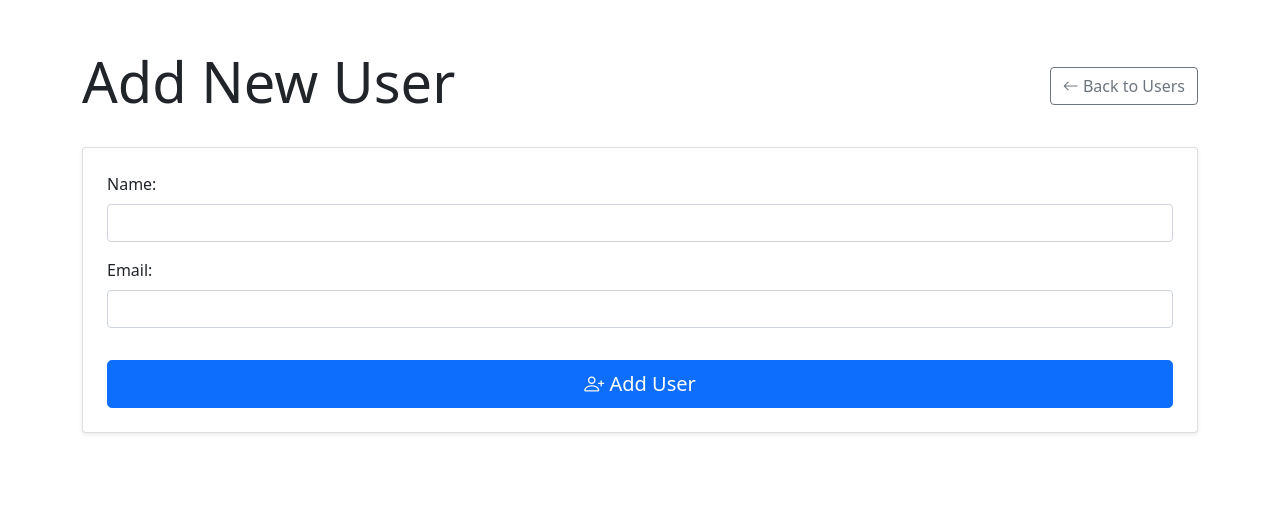
Repository: RishabhSpark/asset-management
Page: http://localhost/users/add
These files come from the project's save history. The page is drawn as it stood at one moment and after the next save; the edit follows.
The browser window is 1280 px wide. The pictures show the whole page.
The page is served by the project's application, run on Flask 3 (app/main.py). The session is filled in as if someone had signed in: {"logged_in": true, "username": "testuser", "credentials": 1}. Other server files are loaded and not shown.

Above is the page before, as saved 2025-06-12 11:52:26.

### app/templates/add_user.html
<!DOCTYPE html>
<html lang="en">
  <head>
    <meta charset="UTF-8" />
    <meta name="viewport" content="width=device-width, initial-scale=1.0" />
    <title>Add User</title>
    <link
      href="https://cdn.jsdelivr.net/npm/bootstrap@5.0.2/dist/css/bootstrap.min.css"
      rel="stylesheet"
      integrity="sha384-EVSTQN3/azprG1Anm3QDgpJLIm9Nao0Yz1ztcQTwFspd3yD65VohhpuuCOmLASjC"
      crossorigin="anonymous"
    />
    <link
      href="https://cdn.jsdelivr.net/npm/bootstrap-icons@1.5.0/font/bootstrap-icons.css"
      rel="stylesheet"
    />
  </head>
  <body>
    <div class="container mt-5">
      <div class="d-flex justify-content-between align-items-center mb-4">
        <h1 class="display-4">Add New User</h1>
        <a href="{{url_for('users')}}" class="btn btn-outline-secondary">
          <i class="bi bi-arrow-left"></i> Back to Users
        </a>
      </div>

      <div class="card shadow-sm p-4">
        <form method="post">
          <div class="mb-3">
            <label for="userName" class="form-label">Name:</label>
            <input
              type="text"
              class="form-control"
              id="userName"
              name="name"
              required
            />
          </div>
          <div class="mb-3">
            <label for="userEmail" class="form-label">Email:</label>
            <input
              type="email"
              class="form-control"
              id="userEmail"
              name="email"
              required
            />
          </div>
          <button type="submit" class="btn btn-primary btn-lg mt-3 w-100">
            <i class="bi bi-person-plus"></i> Add User
          </button>
        </form>
      </div>
    </div>

    <script
      src="https://cdn.jsdelivr.net/npm/bootstrap@5.0.2/dist/js/bootstrap.bundle.min.js"
      integrity="sha384-MrcW6ZMFYlzcLA8Nl+NtUVF0sA7MsXsP1UyJoMp4YLEuNSfAP+JcXn/tWtIaxVXM"
      crossorigin="anonymous"
    ></script>
  </body>
</html>

### db/database.py
from sqlalchemy import create_engine, Column, Integer, String, Float, ForeignKey, Boolean
from sqlalchemy.ext.declarative import declarative_base
from sqlalchemy.orm import relationship, sessionmaker
import os

Base = declarative_base()
DATABASE_URL = "sqlite:///invoices_database.db"

engine = create_engine(DATABASE_URL, echo=True)
SessionLocal = sessionmaker(bind=engine)

class LaptopInvoice(Base):
    __tablename__ = "laptop_invoices"

    id = Column(Integer, primary_key=True, index=True)
    invoice_number = Column(String, index=True)
    order_date = Column(String)
    invoice_date = Column(String)
    order_number = Column(String)
    supplier_name = Column(String)
    # Relationship to laptop items
    items = relationship("LaptopItem", cascade="all, delete-orphan", backref="invoice")

class LaptopItem(Base):
    __tablename__ = "laptop_items"
    id = Column(Integer, primary_key=True, index=True)
    invoice_id = Column(Integer, ForeignKey("laptop_invoices.id"))
    laptop_model = Column(String)
    processor = Column(String)
    ram = Column(String)
    storage = Column(String)
    model_color = Column(String)
    screen_size = Column(String)
    laptop_os = Column(String)
    laptop_os_version = Column(String)
    laptop_serial_number = Column(String, unique=True)
    warranty_duration = Column(Integer)
    laptop_price = Column(Float)
    created_at = Column(String, default=None)
    warranty_expiry = Column(String, nullable=True)
    is_retired = Column(Boolean, default=False)
    is_active = Column(Boolean, default=True)

class User(Base):
    __tablename__ = "users"
    id = Column(Integer, primary_key=True, index=True)
    name = Column(String, nullable=False)
    email = Column(String, unique=True, index=True, nullable=False)
    is_active = Column(Boolean, default=True)
    # Relationship to assignments
    assignments = relationship("LaptopAssignment", cascade="all, delete-orphan", backref="user")

class LaptopAssignment(Base):
    __tablename__ = "laptop_assignments"
    id = Column(Integer, primary_key=True, index=True)
    laptop_item_id = Column(Integer, ForeignKey("laptop_items.id"))
    user_id = Column(Integer, ForeignKey("users.id"))
    assigned_at = Column(String)
    unassigned_at = Column(String, nullable=True)

    laptop_item = relationship("LaptopItem", backref="assignments")

class MaintenanceLog(Base):
    __tablename__ = "maintenance_logs"
    id = Column(Integer, primary_key=True, index=True)
    laptop_item_id = Column(Integer, ForeignKey("laptop_items.id"))
    date = Column(String)
    description = Column(String)
    performed_by = Column(String)
    laptop_item = relationship("LaptopItem", backref="maintenance_logs")

def init_db():
    if not os.path.exists("laptop_database.db"):
        Base.metadata.create_all(bind=engine)
    # Always check and create new tables if needed
    Base.metadata.create_all(bind=engine)

Loaded but not shown: app/main.py (640 lines, source omitted)

After the next save:
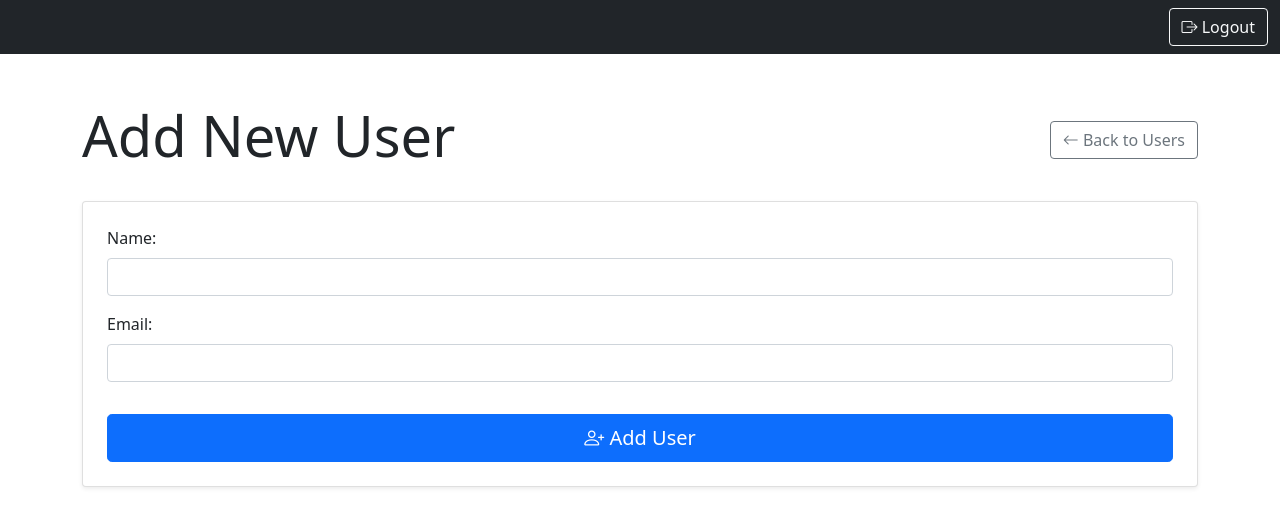
Saved 7 s later.
--- a/app/templates/add_user.html
+++ b/app/templates/add_user.html
@@ -16,6 +16,38 @@
     />
   </head>
   <body>
+     <nav class="navbar navbar-expand-lg navbar-dark bg-dark">
+      <div class="container-fluid">
+        <a class="navbar-brand" href="#"></a>
+        <button
+          class="navbar-toggler"
+          type="button"
+          data-bs-toggle="collapse"
+          data-bs-target="#navbarNav"
+          aria-controls="navbarNav"
+          aria-expanded="false"
+          aria-label="Toggle navigation"
+        >
+          <span class="navbar-toggler-icon"></span>
+        </button>
+        <div
+          class="collapse navbar-collapse justify-content-end"
+          id="navbarNav"
+        >
+          <ul class="navbar-nav">
+            <li class="nav-item">
+              <a
+                class="btn btn-outline-light ms-2"
+                href="{{ url_for('logout') }}"
+                aria-current="page"
+              >
+                <i class="bi bi-box-arrow-right"></i> Logout
+              </a>
+            </li>
+          </ul>
+        </div>
+      </div>
+    </nav>
     <div class="container mt-5">
       <div class="d-flex justify-content-between align-items-center mb-4">
         <h1 class="display-4">Add New User</h1>
